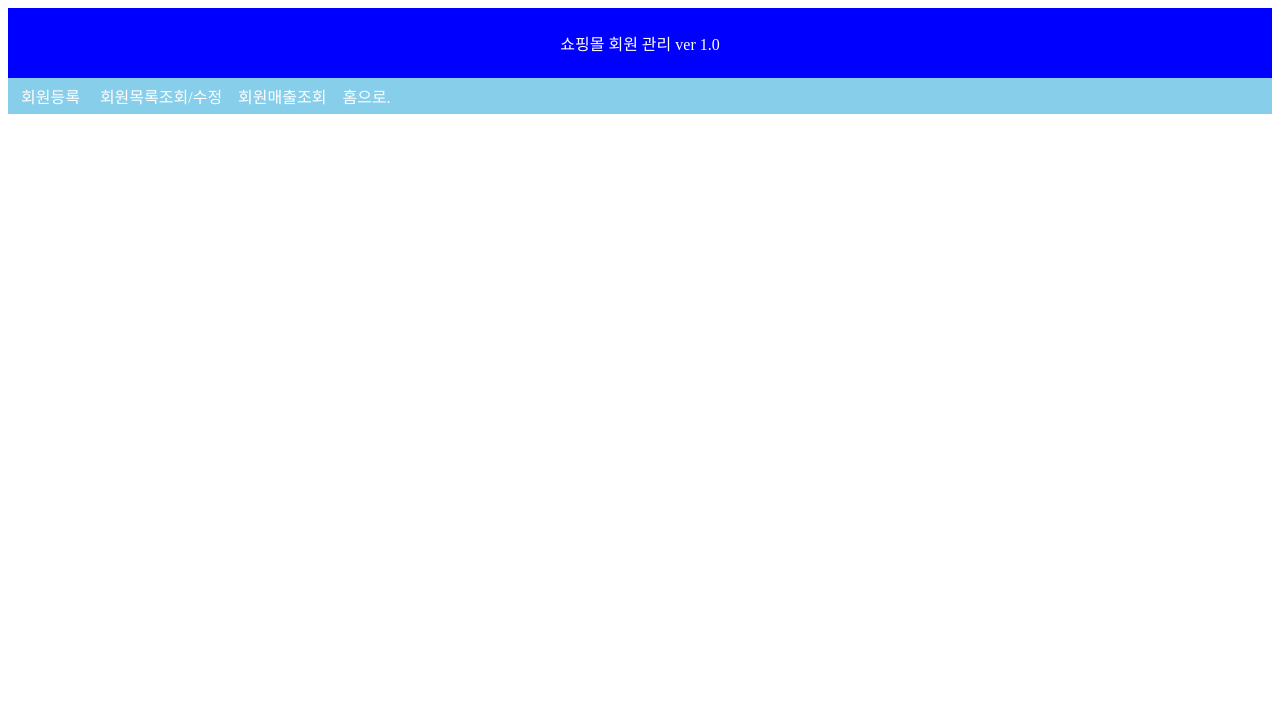
Repository: choigobin/Programming
Page: http://localhost/HRD1118/
An editor plug-in stored every save of this project. The page is shown before and after the next save, followed by the edit.
The browser window is 1280 px wide. The pictures show the whole page.
The page is served by Tomcat 9.

Above is the page before, as saved 2019-11-18 04:04:05.

After the next save:
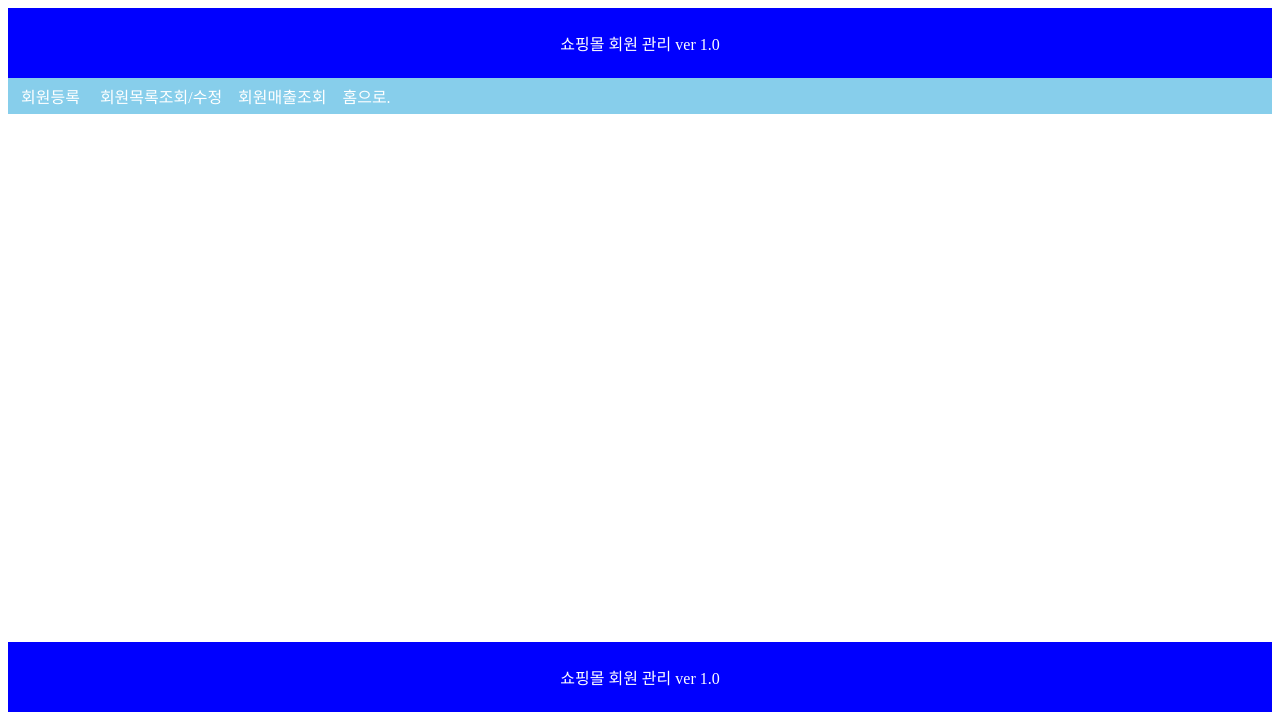
Saved 59 s later.
--- a/YangJung/workspace/HRD1118/WebContent/index.jsp
+++ b/YangJung/workspace/HRD1118/WebContent/index.jsp
@@ -28,6 +28,7 @@ a{
 
 </td>
 </tr>
+<jsp:include page="footer.jsp"/>
 </table>
 </body>
 </html>
